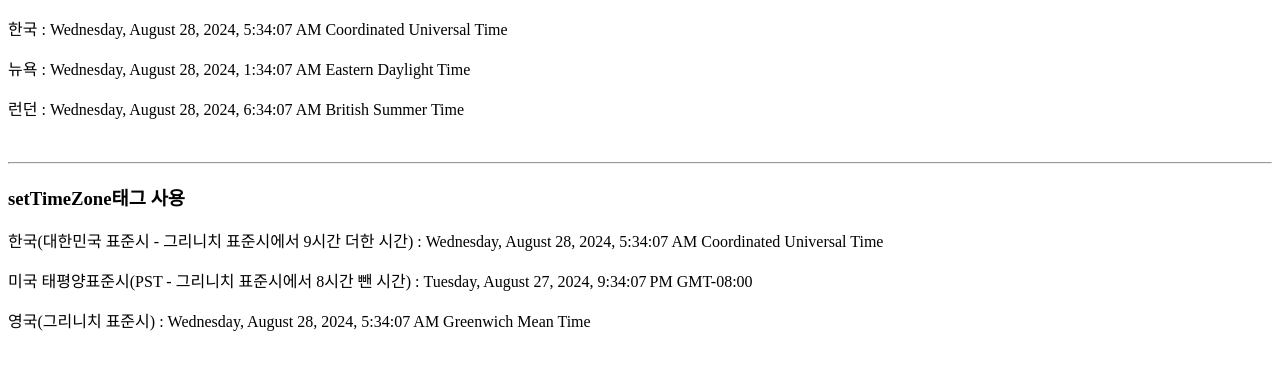
Repository: zhyuk/FullStackStudy
Page: http://localhost/jsptwo/13_02_jstl_fmt05.jsp
The author's editor kept a copy of each file at every save. The page is drawn from the files as they stood at one save, then again after the next save.
The browser window is 1280 px wide. The pictures show the whole page.
The page is served by Tomcat 9.

Above is the page before, as saved 2024-08-30 06:43:46.

After the next save:
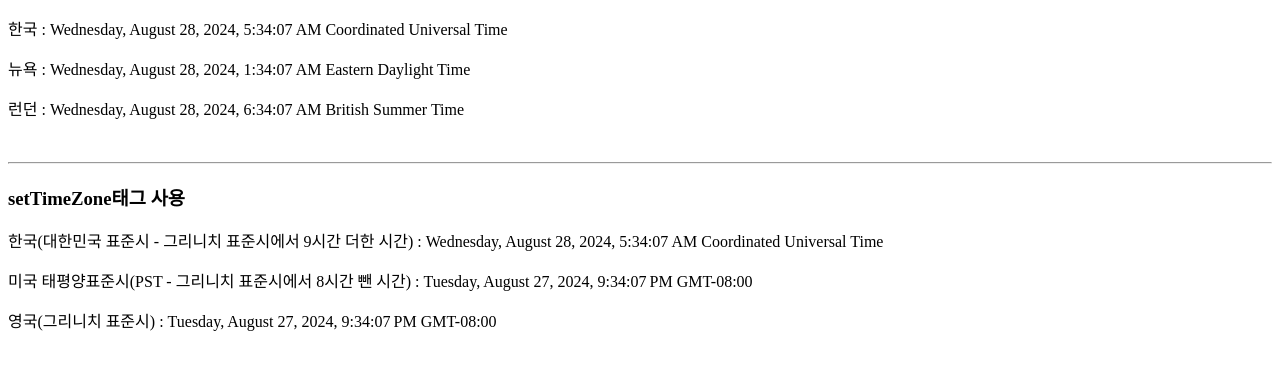
Saved 2 min 23 s later.
--- a/jsp/jspwork/jsptwo/src/main/webapp/13_02_jstl_fmt05.jsp
+++ b/jsp/jspwork/jsptwo/src/main/webapp/13_02_jstl_fmt05.jsp
@@ -36,7 +36,6 @@
 	</p>
 
 	<p>
-		<fmt:setTimeZone value="GMT"/>
 		영국(그리니치 표준시) : <fmt:formatDate value="${now}" type="both" dateStyle="full" timeStyle="full"/>
 	</p>
 </body>
